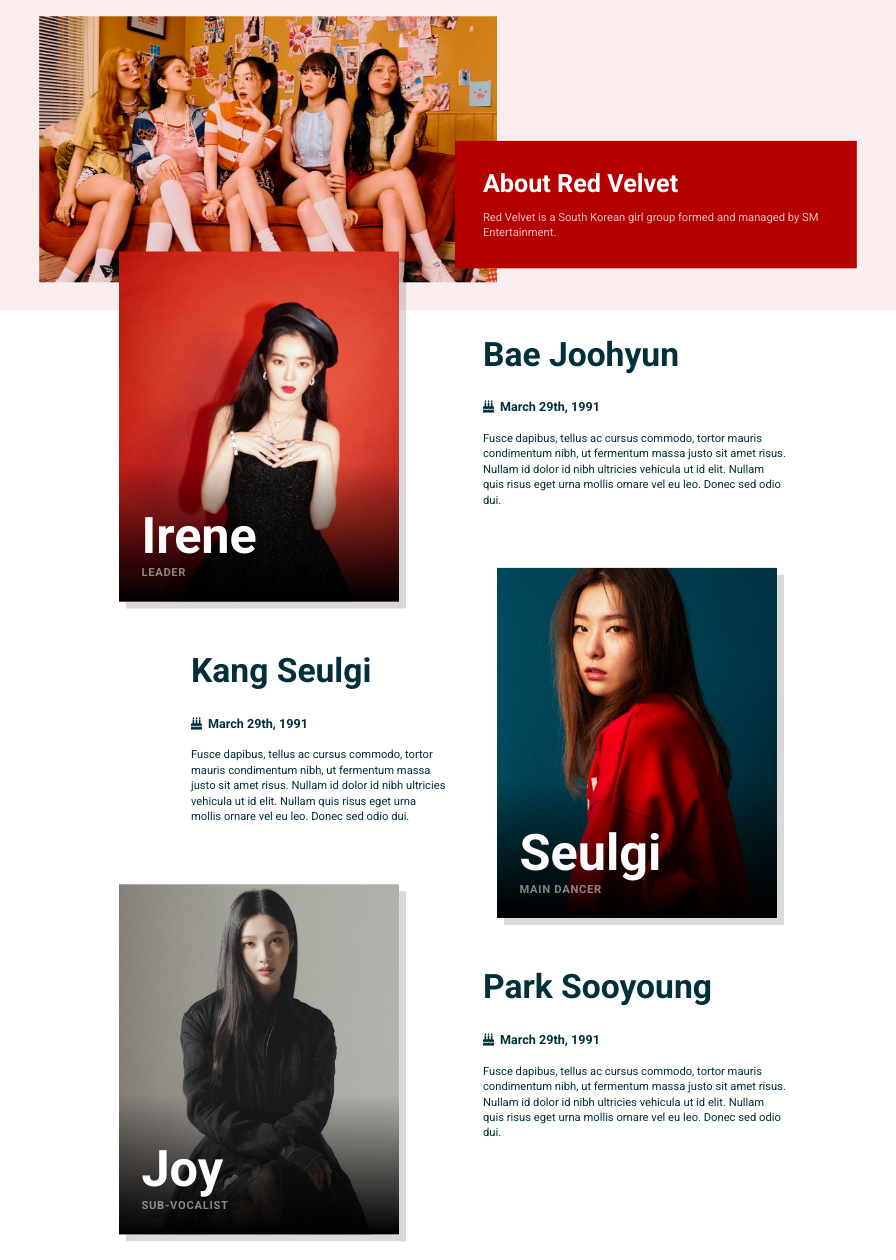
Repository: stillnotdavid/eternity-university
Page: app/index.html
These files come from the project's save history. The page is drawn as it stood at one moment and after the next save; the edit follows.
The browser window is 1280 px wide. The pictures show the part of the page from y = 695 to 2615 px (the page is 2495 px tall before and 2615 px after), at 70% of full size.
The style sheet was rebuilt from its Sass, Less or Tailwind sources for each picture, by a compiler version that may differ from the author's.

Above is the page before, as saved 2021-12-05 21:20:43.

### app/index.html
<!doctype html>
<html class="no-js" lang="">

<head>
  <meta charset="utf-8">
  <meta name="description" content="">

  <meta name="viewport" content="width=device-width, initial-scale=1, shrink-to-fit=no">
  <title>Red Velvet Fansite</title>
  <link rel="apple-touch-icon" href="apple-touch-icon.png">
  <link rel="stylesheet" href="https://use.fontawesome.com/releases/v5.15.4/css/all.css"
    integrity="sha384-DyZ88mC6Up2uqS4h/KRgHuoeGwBcD4Ng9SiP4dIRy0EXTlnuz47vAwmeGwVChigm" crossorigin="anonymous">
  <!-- Place favicon.ico in the root directory -->
  <!-- build:css styles/vendor.css -->
  <!-- endbuild -->
  <!-- build:css styles/main.css -->
  <link rel="stylesheet" href="styles/main.css">
  <!-- endbuild -->
  <!-- build:js scripts/modernizr.js -->
  <script src="scripts/modernizr.js"></script>
  <!-- endbuild -->
</head>

<body>
  <!--[if IE]>
      <p class="browserupgrade">You are using an <strong>outdated</strong> browser. Please <a href="http://browsehappy.com/">upgrade your browser</a> to improve your experience.</p>
    <![endif]-->
  <header class="header">
    <div class="container header__container">
      <a class="header__logo" href="#"><img class="header__logo-image" src="images/logo.png"
          alt="Red Velvet Logo" /></a>
      <nav class="header__nav">
        <ul class="header__nav-links">
          <li class="header__nav-item">
            <a class="header__nav-link header__nav-link--active" href="">Home</a>
          </li>
          <li class="header__nav-item">
            <a class="header__nav-link" href="">About</a>
          </li>
          <li class="header__nav-item">
            <a class="header__nav-link" href="">Members</a>
          </li>
          <li class="header__nav-item">
            <a class="header__nav-link" href="">Contact</a>
          </li>
        </ul>
      </nav>
    </div>
  </header>
  <section class="hero">
    <div class="container--half">
      <div class="hero__cta">
        <h1>Do you believe in Irene Supremacy?</h1>
        <p>Cras mattis consectetur purus sit amet fermentum. Praesent commodo cursus magna,
          vel scelerisque nisl
          consectetur et.</p>
        <a class="button-primary" href="">Subscribe Now</a>
      </div>
    </div>
    <div class="hero__image">
    </div>
  </section>
  <section class="trivia">
    <div class="container trivia__container">
      <div class="trivia__title">Did you know?</div>
      <p class="no-margin--bottom">Red Velvet originally debuted as four members. Yeri joined the group in March 2015,
        following the release of
        their first mini album, Ice Cream Cake.</p>
    </div>
  </section>
  <section class="about">
    <div class="container about__container">
      <img class="about__image" src="images/group.png" alt="Red Velvet Sitting!">
      <div class="about__text">
        <h2>About Red Velvet</h2>
        <p class="light">Red Velvet is a South Korean girl group formed and managed by SM Entertainment.</p>
      </div>
    </div>
  </section>
  <section class="members">
    <div class="container members__container">
      <div class="member margin-top--none">
        <div class="member__photo">
          <div class="member__photo-image member__irene">
            <div class="member__name">Irene</div>
            <div class="member__position">Leader</div>
          </div>
        </div>
        <div class="member__info">
          <h3>Bae Joohyun</h3>
          <h4 class="member__info-birthdate">
            <i class="fas fa-birthday-cake margin-right--small"></i> March 29th, 1991
          </h4>
          <p class="member__info-description">Fusce dapibus, tellus ac cursus commodo, tortor mauris condimentum nibh,
            ut fermentum massa justo sit amet
            risus. Nullam id dolor id nibh ultricies vehicula ut id elit. Nullam quis risus eget urna mollis ornare vel
            eu
            leo. Donec sed odio dui.</p>
        </div>
      </div>
      <div class="member member--reverse">
        <div class="member__photo">
          <div class="member__photo-image member__seulgi">
            <div class="member__name">Seulgi</div>
            <div class="member__position">Main Dancer</div>
          </div>
        </div>
        <div class="member__info">
          <h3>Kang Seulgi</h3>
          <h4 class="member__info-birthdate">
            <i class="fas fa-birthday-cake margin-right--small"></i> March 29th, 1991
          </h4>
          <p class="member__info-description">Fusce dapibus, tellus ac cursus commodo, tortor mauris condimentum nibh,
            ut fermentum massa justo sit amet
            risus. Nullam id dolor id nibh ultricies vehicula ut id elit. Nullam quis risus eget urna mollis ornare vel
            eu
            leo. Donec sed odio dui.</p>
        </div>
      </div>
      <div class="member member">
        <div class="member__photo">
          <div class="member__photo-image member__joy">
            <div class="member__name">Joy</div>
            <div class="member__position">Sub-Vocalist</div>
          </div>
        </div>
        <div class="member__info">
          <h3>Park Sooyoung</h3>
          <h4 class="member__info-birthdate">
            <i class="fas fa-birthday-cake margin-right--small"></i> March 29th, 1991
          </h4>
          <p class="member__info-description">Fusce dapibus, tellus ac cursus commodo, tortor mauris condimentum nibh,
            ut fermentum massa justo sit amet
            risus. Nullam id dolor id nibh ultricies vehicula ut id elit. Nullam quis risus eget urna mollis ornare vel
            eu
            leo. Donec sed odio dui.</p>
        </div>
      </div>
    </div>
  </section>

  <!-- build:js scripts/vendor.js -->
  <!-- endbuild -->
  <!-- build:js scripts/main.js -->
  <script src="scripts/main.js"></script>
  <!-- endbuild -->
</body>

</html>

### app/styles/main.scss
@import 'partials/colors';
@import 'partials/spacing';
@import 'partials/typography';
@import 'partials/utilities';

@import 'components/button';
@import 'components/header';
@import 'components/hero';
@import 'components/trivia';
@import 'components/about';
@import 'components/members';


* {
  box-sizing: border-box;
}

html,
body {
  padding: 0;
  margin: 0;
}

.container {
  display: flex;
  width: 100%;
  max-width: 1200px;
  margin: 0 auto;
  padding: 0 $spacing-large;

  &--half {
    width: 100%;
    max-width: 600px;
    margin-left: auto;
    padding: 0 $spacing-xlarge;
  }
}

### app/styles/partials/_colors.scss
$color-primary: #B50000;
$color-secondary: #6F2F2F;
$color-tertiary: #00303B;

$background-primary: #F9EDED;


$colors: ("primary": $color-primary,
  "secondary": $color-secondary);


@each $name,
$color in $colors {
  .background {

    &--#{$name} {
      background-color: #{$color};
    }
  }
}

@each $name,
$color in $colors {
  .color {

    &--#{$name} {
      color: #{$color} !important;
    }
  }
}

### app/styles/partials/_spacing.scss
$spacing-xsmall: 2px;
$spacing-small: 4px;
$spacing-medium: 8px;
$spacing-large: 16px;
$spacing-xlarge: 32px;

### app/styles/partials/_typography.scss
@import url('https://fonts.googleapis.com/css2?family=Roboto:wght@400;500;700&display=swap');


body,
html {
  font-family: 'Roboto', sans-serif;
}


$font-small: 14px;
$font-medium: 16px;
$font-large: 18px;
$font-xlarge: 24px;
$font-xxxlarge: 48px;

$font-regular: 400;
$font-bold: 700;


h1 {
  font-size: $font-xxxlarge;
  font-weight: $font-bold;
  color: $color-secondary;
  margin: $spacing-medium 0;
}

h2 {
  font-size: 36px;
  margin: 0;
}

h3 {
  font-size: 48px;
  margin: 0 0 36px 0;
  color: $color-tertiary;
}

h4 {
  font-size: $font-large;
  font-weight: $font-bold;
  color: $color-tertiary;
}

p {
  font-size: $font-medium;
  color: $color-secondary;
  line-height: 22px;

  &.light {
    color: rgba(255, 255, 255, .75);
  }
}

### app/styles/partials/_utilities.scss
$sides: top,
bottom,
left,
right;

@each $side in $sides {
  .no-margin {
    margin: 0;

    &--#{$side} {
      margin-#{$side}: 0;
    }
  }
}

@each $side in $sides {
  .no-padding {
    padding: 0;

    &--#{$side} {
      padding-#{$side}: 0;
    }
  }
}

$spacing: ("none": 0, "small": 4px, "medium": 8px, "large": 16px);

@each $side in $sides {
  .margin {

    &-#{$side} {

      @each $size,
      $value in $spacing {
        &--#{$size} {
          margin-#{$side}: $value;
        }
      }
    }
  }
}

### app/styles/components/_button.scss
.button-primary {
  display: inline-block;
  background-color: $color-primary;
  padding: 20px 40px;
  text-decoration: none;
  color: white;
  font-size: $font-medium;
  font-weight: $font-bold;
  text-transform: uppercase;
  letter-spacing: 1px;
  margin: $spacing-large 0;
}

### app/styles/components/_header.scss
$_logo-height: 50px;


.header {

  &__container {
    justify-content: space-between;
  }

  &__logo {
    display: flex;
    align-items: center;

    &-image {
      height: $_logo-height;
    }
  }

  &__nav {

    &-links {
      display: flex;
      list-style-type: none;
      padding: 0;
      margin: 0;
    }

    &-item {
      display: flex;
    }

    &-link {
      padding: 40px $spacing-large;
      text-decoration: none;
      color: $color-secondary;
      text-transform: uppercase;
      font-size: $font-small;
      font-weight: $font-bold;
      letter-spacing: 1px;
      border-top: 3px solid transparent;

      &:hover,
      &--active {
        color: $color-primary;
        border-top: 3px solid $color-primary;
      }
    }
  }
}

### app/styles/components/_hero.scss
$_hero-height: 450px;

.hero {
  height: $_hero-height;
  background: $background-primary;
  display: flex;

  &__container {
    align-items: center;
  }

  &__cta {
    flex: 0 0 50%;
    padding: 50px 100px 50px 0;
  }

  &__image {
    flex: 0 0 50%;
    height: 100%;
    background-image: url('../../images/hero.jpeg');
    background-size: cover;
    background-position: center center;
  }
}

### app/styles/components/_trivia.scss
.trivia {
  text-align: center;
  padding: $spacing-xlarge;

  &__container {
    flex-direction: column;
  }

  &__title {
    font-size: $font-xlarge;
    font-weight: $font-bold;
    color: $color-secondary;
  }
}

### app/styles/components/_about.scss
.about {
  background: $background-primary;
  padding: 40px 0;

  &__container {
    align-items: flex-end;
  }

  &__image {
    height: 380px;
  }

  &__text {
    background: $color-primary;
    color: white;
    padding: 40px;
    margin-left: -60px;
    margin-bottom: 20px;

    p {
      margin-bottom: 0;
    }
  }
}

### app/styles/components/_members.scss
.members {
  &__container {
    flex-direction: column;
  }
}

.member {
  display: flex;
  align-items: center;
  margin-top: -120px;

  &--reverse {
    flex-direction: row-reverse;

    .member__photo-image {
      margin-left: 70px;
    }

    .member__info {
      padding: 100px 0 100px 100px;
      flex-basis: 40%;
    }
  }

  &__photo {
    flex: 0 1 50%;
    display: flex;
    padding: 36px 0;

    &-image {
      height: 500px;
      width: 400px;
      background-size: cover;
      background-position: center center;
      margin-left: auto;
      margin-right: 70px;
      box-shadow: 10px 10px 0 rgba(0, 0, 0, .15);
      display: flex;
      padding: $spacing-xlarge;
      flex-direction: column;
      justify-content: flex-end;
      position: relative;

      &:before {
        background: linear-gradient(to top, black, transparent);
        height: 200px;
        width: 100%;
        position: absolute;
        content: '';
        bottom: 0;
        left: 0;
        z-index: 1;
      }
    }
  }

  &__info {
    flex: 0 1 50%;
    padding: 100px 100px 100px 50px;

    &-description {
      color: $color-tertiary;
    }
  }

  &__name {
    font-size: 72px;
    font-weight: $font-bold;
    color: white;
    z-index: 2;
  }

  &__position {
    font-size: $font-medium;
    font-weight: $font-bold;
    text-transform: uppercase;
    letter-spacing: 1px;
    color: rgba(255, 255, 255, .50);
    z-index: 2;
  }

  &__irene {
    background-image: url('../../images/member__irene.jpeg');
  }

  &__seulgi {
    background-image: url('../../images/member__seulgi.png');
  }

  &__joy {
    background-image: url('../../images/member__joy.jpeg');
  }
}

Loaded but not shown: app/scripts/main.js (common file)

After the next save:
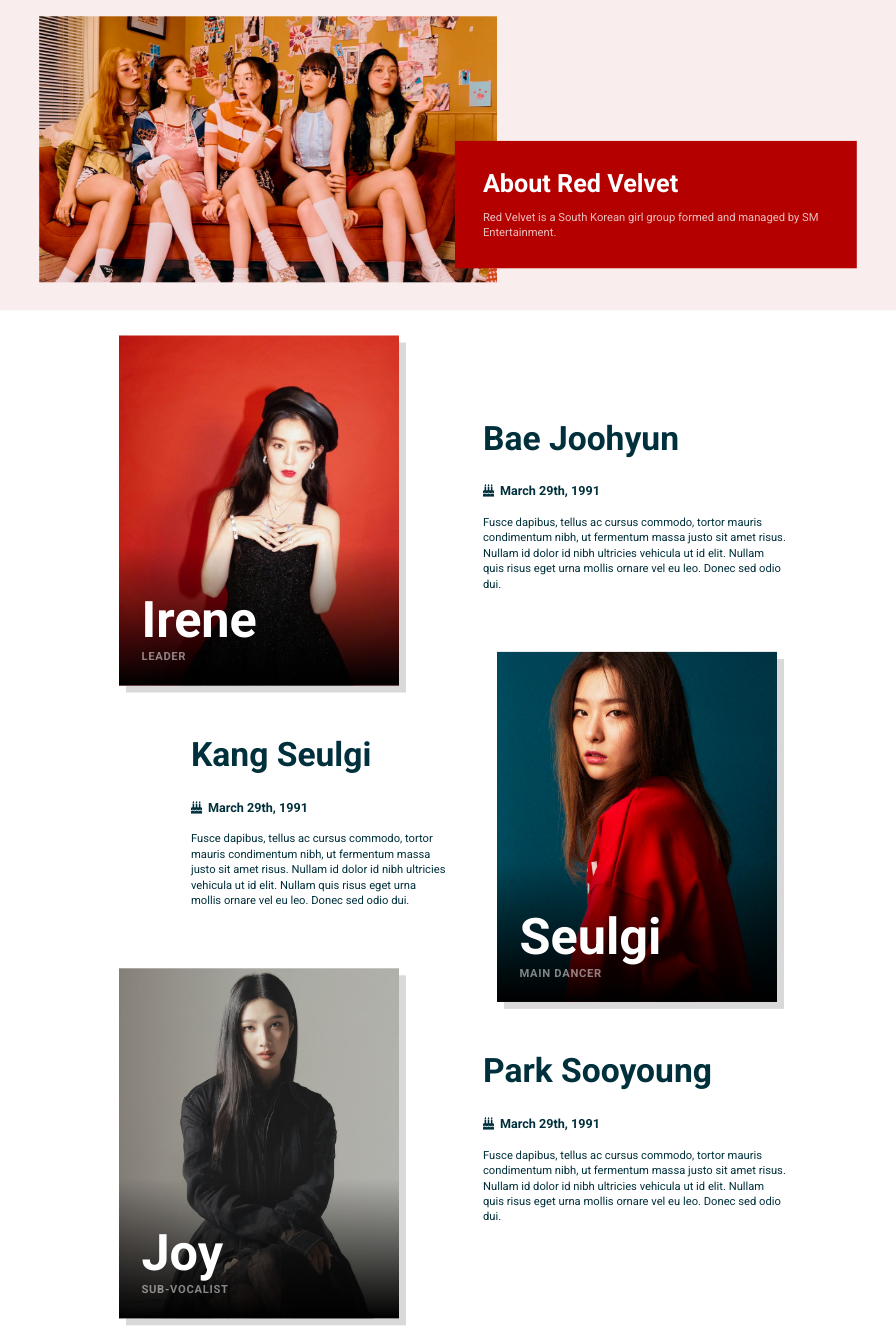
Saved 13 s later.
--- a/app/styles/partials/_utilities.scss
+++ b/app/styles/partials/_utilities.scss
@@ -33,7 +33,7 @@
       @each $size,
       $value in $spacing {
         &--#{$size} {
-          margin-#{$side}: $value;
+          margin-#{$side}: $value !important;
         }
       }
     }
